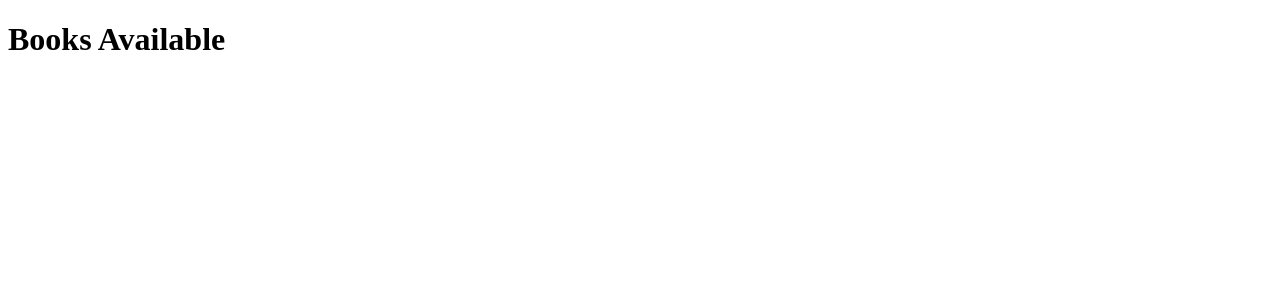
Repository: shriguru-varshini/CarRental
Page: shop/src/main/resources/static/books.html
These files come from the project's save history. The page is drawn as it stood at one moment and after the next save; the edit follows.
The browser window is 1280 px wide. The pictures show the whole page.
The page's requests for data from a server got no answer.

Above is the page before, as saved 2025-03-03 05:36:29.

### shop/src/main/resources/static/books.html
<!DOCTYPE html>
<html lang="en">
<head>
 <title> Book List</title>
</head>
<body>
	<h1> Books Available</h1>
	<ul id = "bookslist"></ul>
	<script>
		//fetch books dynamically
		fetch('/api/books')
			.then(response => response.json())
			.then(data =>{
				const list = document.getElementById('bookList');
				data.forEach(book =>{
					const li = document.createElement('li');
					li.textContent = '${book.title}having price ${book.price}with author id${book.author_id}';
					list.appendChild(li);
				})
			})
			.catch(error =>console.error('Error fetching books data :',error));

	</script>

</body>
</html>

After the next save:
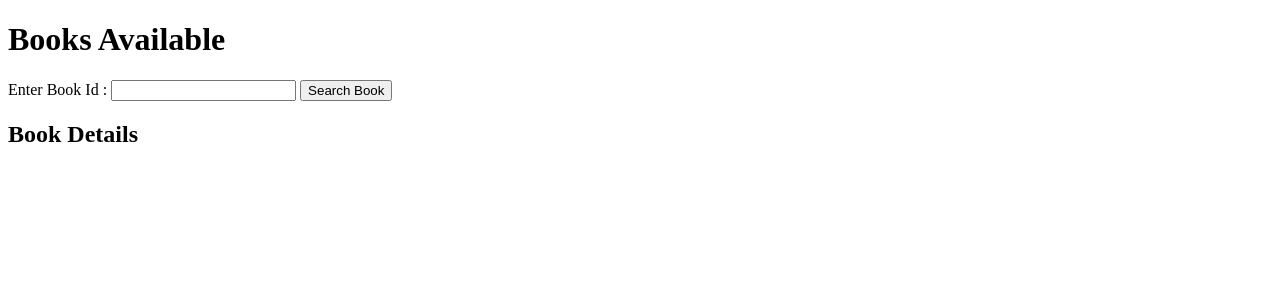
Console error: SyntaxError: Unexpected end of input
Saved 17 min 20 s later.
--- a/shop/src/main/resources/static/books.html
+++ b/shop/src/main/resources/static/books.html
@@ -1,26 +1,62 @@
 <!DOCTYPE html>
 <html lang="en">
 <head>
- <title> Book List</title>
+<title>Books List</title>
+<style>
+
+        table, th, td {
+
+            border: 1px solid black;
+
+            border-collapse: collapse;
+
+            padding: 8px;
+
+        }
+</style>
 </head>
 <body>
-	<h1> Books Available</h1>
-	<ul id = "bookslist"></ul>
-	<script>
-		//fetch books dynamically
-		fetch('/api/books')
-			.then(response => response.json())
-			.then(data =>{
-				const list = document.getElementById('bookList');
-				data.forEach(book =>{
-					const li = document.createElement('li');
-					li.textContent = '${book.title}having price ${book.price}with author id${book.author_id}';
-					list.appendChild(li);
-				})
-			})
-			.catch(error =>console.error('Error fetching books data :',error));
+<h1>Books Available</h1>
+<ul id="bookList"></ul>
 
-	</script>
+<label for="bookId">Enter Book Id : </label>
+<input type="number" id="bookId">
+<button onClick="fetchBookById()"> Search Book </button>
+
+<h2>Book Details</h2>
+<p id="bookDetails"></p>
+
+<script>
+
+fetch('/api/books')
+    .then(response => response.json())
+    .then(data => {
+    	const list = document.getElementById('bookList');
+        data.forEach(book => {
+        	const li = document.createElement('li');
+        	li.textContent = `${book.title} having price ${book.price} with author id ${book.authorId}`;
+        	list.appendChild(li);
+        })
+    })
+    .catch(error => console.error('Error fetching books data :error'));
+    function fetchBookById(){
+    	const bookId = document.getElementById("bookId").value;
+    	if(!bookId){
+    		alert("Please enter some book id");
+    		return;
+    	}
+    	fetch(`/api/books/${bookId})
+    	   .then(response =>{
+    		   if(!response.ok){
+    			   throw new Error("Book not found");
+    		   }
+    		   return response.json();
+    	   })
+    	   .then(book =>{
+    		   document.getElementById("bookDetails").textContent = "Book Not Found";
+    	   })
+    }
+</script>
 
 </body>
 </html>
